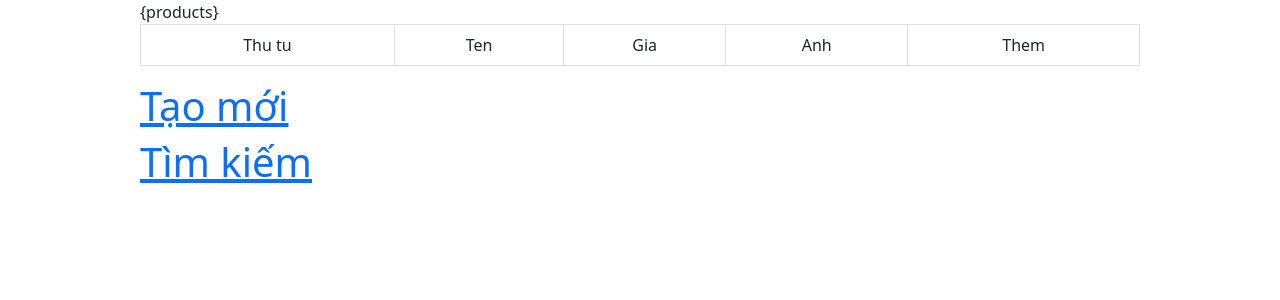
Repository: nguyenhung50497/MD3_demoDatabase1
Page: src/views/home.html
The author's editor kept a copy of each file at every save. The page is drawn from the files as they stood at one save, then again after a run of saves.
The browser window is 1280 px wide. The pictures show the whole page.

Above is the page before, as saved 2022-12-28 13:45:08.

After the next 2 saves:
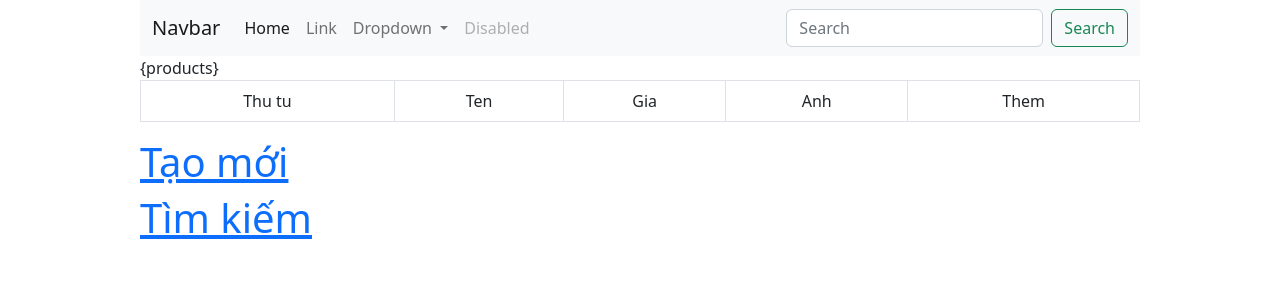
The 2 saves are shown as one change because they came seconds apart.
The last was saved 113 s later.
--- a/src/views/home.html
+++ b/src/views/home.html
@@ -8,6 +8,42 @@
   </head>
   <body>
     <div class="container" style="width: 80%;">
+      <nav class="navbar navbar-expand-lg bg-light">
+        <div class="container-fluid">
+          <a class="navbar-brand" href="#">Navbar</a>
+          <button class="navbar-toggler" type="button" data-bs-toggle="collapse" data-bs-target="#navbarSupportedContent" aria-controls="navbarSupportedContent" aria-expanded="false" aria-label="Toggle navigation">
+            <span class="navbar-toggler-icon"></span>
+          </button>
+          <div class="collapse navbar-collapse" id="navbarSupportedContent">
+            <ul class="navbar-nav me-auto mb-2 mb-lg-0">
+              <li class="nav-item">
+                <a class="nav-link active" aria-current="page" href="#">Home</a>
+              </li>
+              <li class="nav-item">
+                <a class="nav-link" href="#">Link</a>
+              </li>
+              <li class="nav-item dropdown">
+                <a class="nav-link dropdown-toggle" href="#" role="button" data-bs-toggle="dropdown" aria-expanded="false">
+                  Dropdown
+                </a>
+                <ul class="dropdown-menu">
+                  <li><a class="dropdown-item" href="#">Action</a></li>
+                  <li><a class="dropdown-item" href="#">Another action</a></li>
+                  <li><hr class="dropdown-divider"></li>
+                  <li><a class="dropdown-item" href="#">Something else here</a></li>
+                </ul>
+              </li>
+              <li class="nav-item">
+                <a class="nav-link disabled">Disabled</a>
+              </li>
+            </ul>
+            <form class="d-flex" role="search">
+              <input class="form-control me-2" type="search" placeholder="Search" aria-label="Search">
+              <button class="btn btn-outline-success" type="submit">Search</button>
+            </form>
+          </div>
+        </div>
+      </nav>
       <table class="table table-bordered" style="text-align: center;">
         <tr>
             <td>Thu tu</td>
